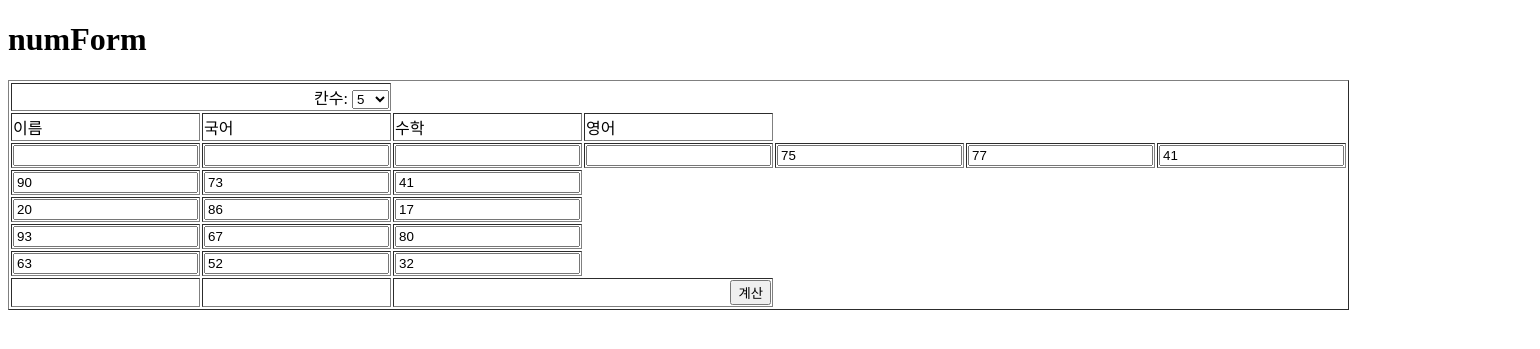
Repository: Jamikidu/newJsp
Page: http://localhost/jspProj/request/numForm.jsp
The author's editor kept a copy of each file at every save. The page is drawn from the files as they stood at one save, then again after the next save.
The browser window is 1280 px wide. The page is 1349 px wide, then 1540 px, so the pictures cover 1540 px, including what lies to the right of the window. The pictures show the whole page.
The page is served by Tomcat 9.

Above is the page before, as saved 2023-07-27 08:32:13.

After the next save:
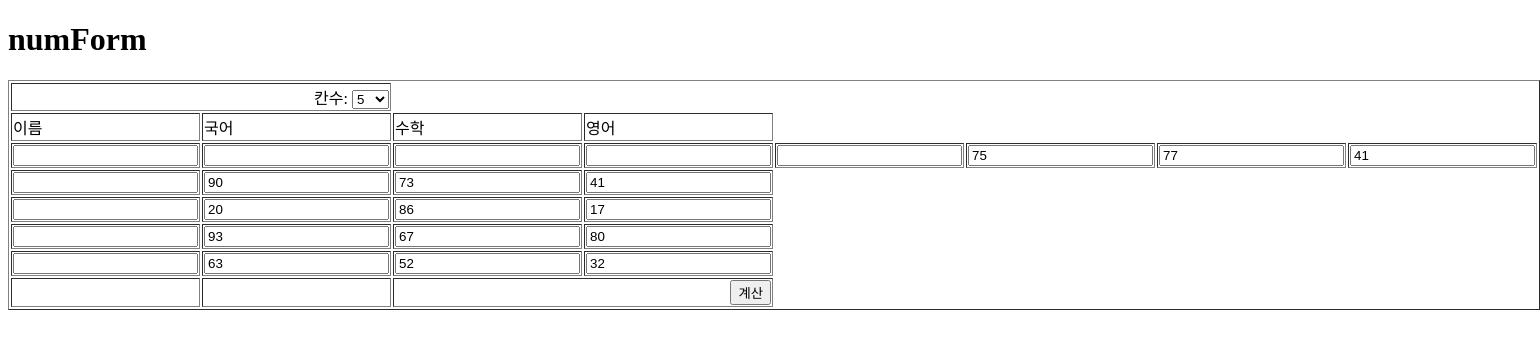
Saved 43 s later.
--- a/jspProj/src/main/webapp/request/numForm.jsp
+++ b/jspProj/src/main/webapp/request/numForm.jsp
@@ -53,7 +53,7 @@
 			<td><input type="text" name="per"></td>
 			<td><input type="text" name="per"></td>
 		 <% for(int i=0;i<cnt;i++){ %>
-			<!-- <td><input type="text" name="per"></td> -->
+			<td><input type="text" name="per"></td>
 			<td><input type="text" name="kor" value="<%=(int)(Math.random()*90)+10 %>" /></td>
 			<td><input type="text" name="eng" value="<%=(int)(Math.random()*90)+10 %>" /></td>
 			<td><input type="text" name="meth" value="<%=(int)(Math.random()*90)+10 %>" /></td>
